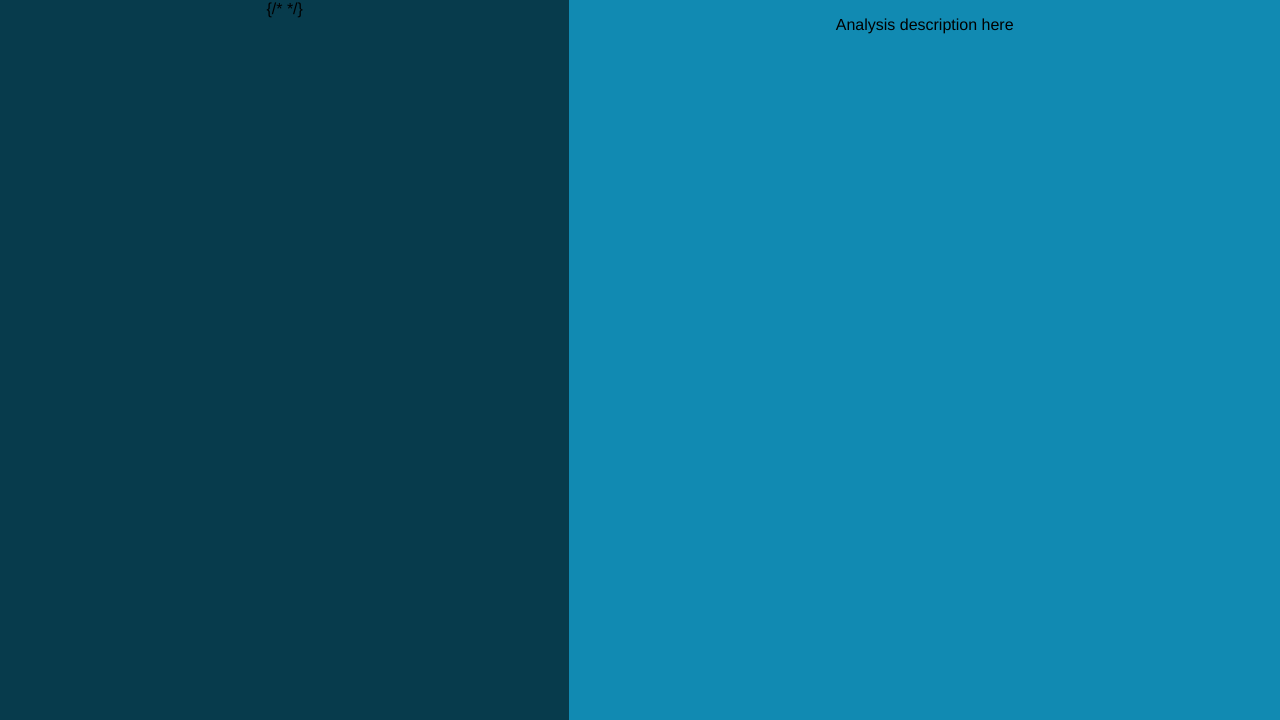
Repository: bsalgado98/lockdown-music
Page: app/index.html
These files come from the project's save history. The page is drawn as it stood at one moment and after the next save; the edit follows.
The browser window is 1280 px wide. The pictures show the whole page.

Above is the page before, as saved 2020-12-08 21:43:12.

After the next save:
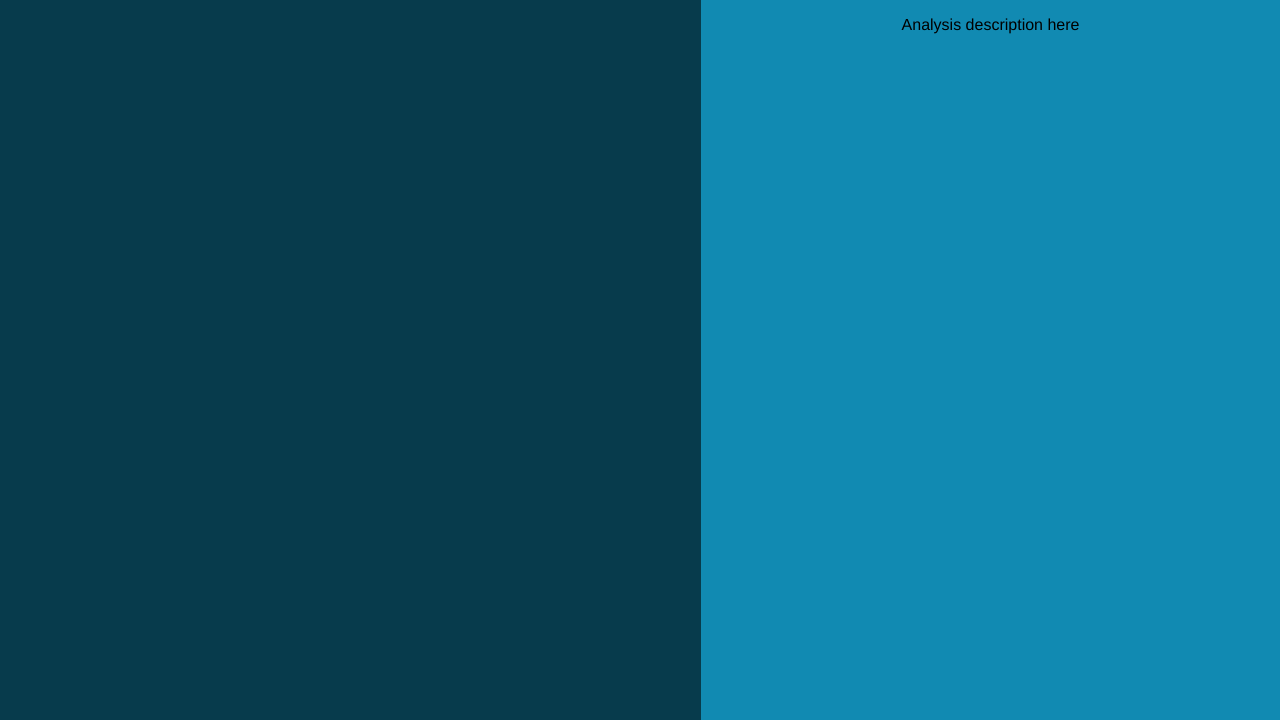
Saved 27 s later.
--- a/app/index.html
+++ b/app/index.html
@@ -9,7 +9,7 @@
   <div class="App">
     <div class="DataContainer">
       <div class="GraphContainer">
-        {/* <Bar plugins={ChartDataSource} options={chart1Options}></Bar> */}
+        <canvas id="chart1"></canvas>
       </div>
       <div class="TextContainer">
         <p>Analysis description here</p>
